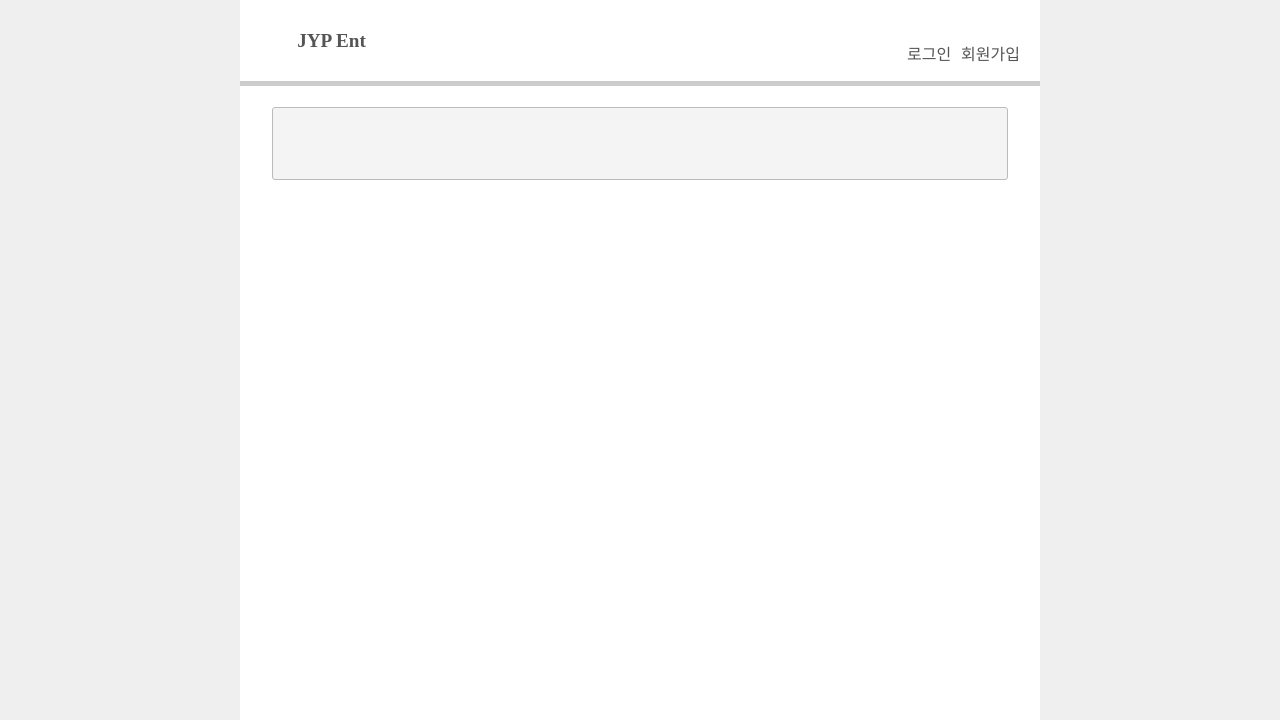
Repository: junyong231/JSP-SSIT
Page: http://localhost/jspPro/days03/ex07.jsp
The author's editor kept a copy of each file at every save. The page is drawn from the files as they stood at one save, then again after the next save.
The browser window is 1280 px wide. The pictures show the whole page.
Some web fonts or font styles are not loaded; a fallback is used. The page is served by Tomcat 9.

Above is the page before, as saved 2024-10-17 06:14:18.

After the next save:
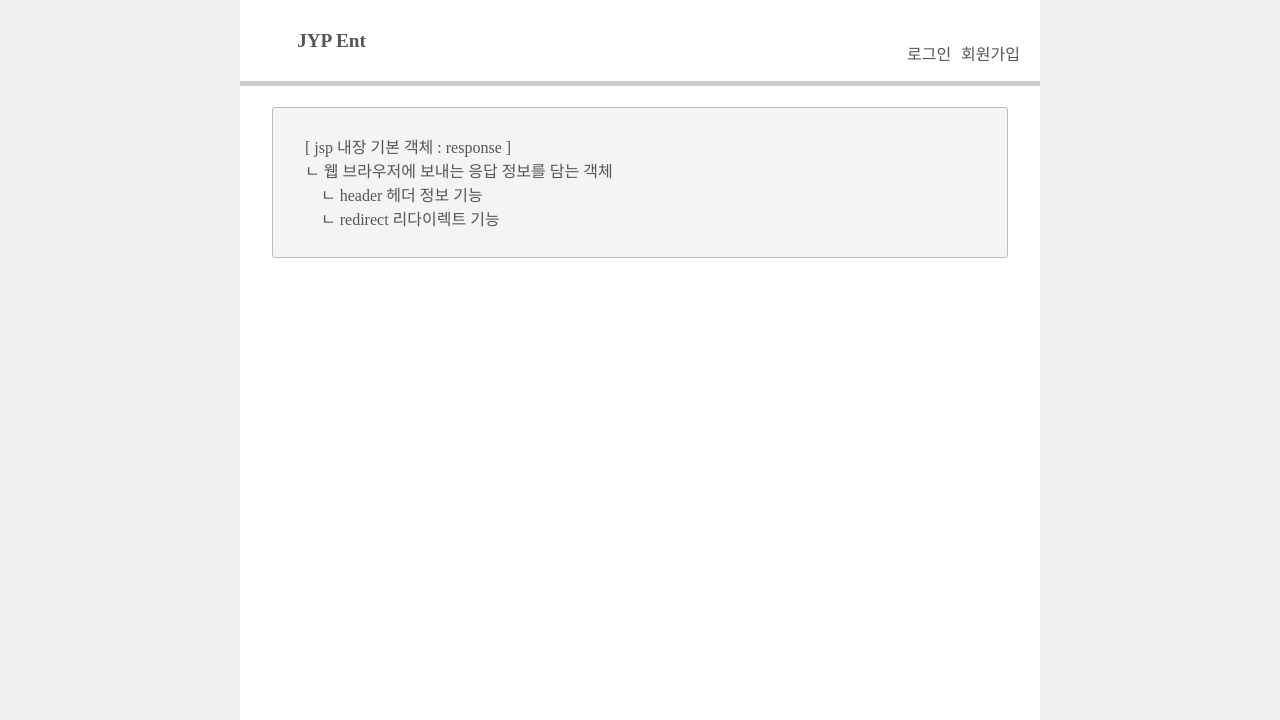
Saved 45 s later.
--- a/jspPro/src/main/webapp/days03/ex07.jsp
+++ b/jspPro/src/main/webapp/days03/ex07.jsp
@@ -26,7 +26,10 @@
 </header>
 <div>
   <xmp class="code">
-
+    [ jsp 내장 기본 객체 : response ]
+    ㄴ 웹 브라우저에 보내는 응답 정보를 담는 객체
+    	ㄴ header 헤더 정보 기능
+    	ㄴ redirect 리다이렉트 기능
   </xmp>
 </div>
 </body>
